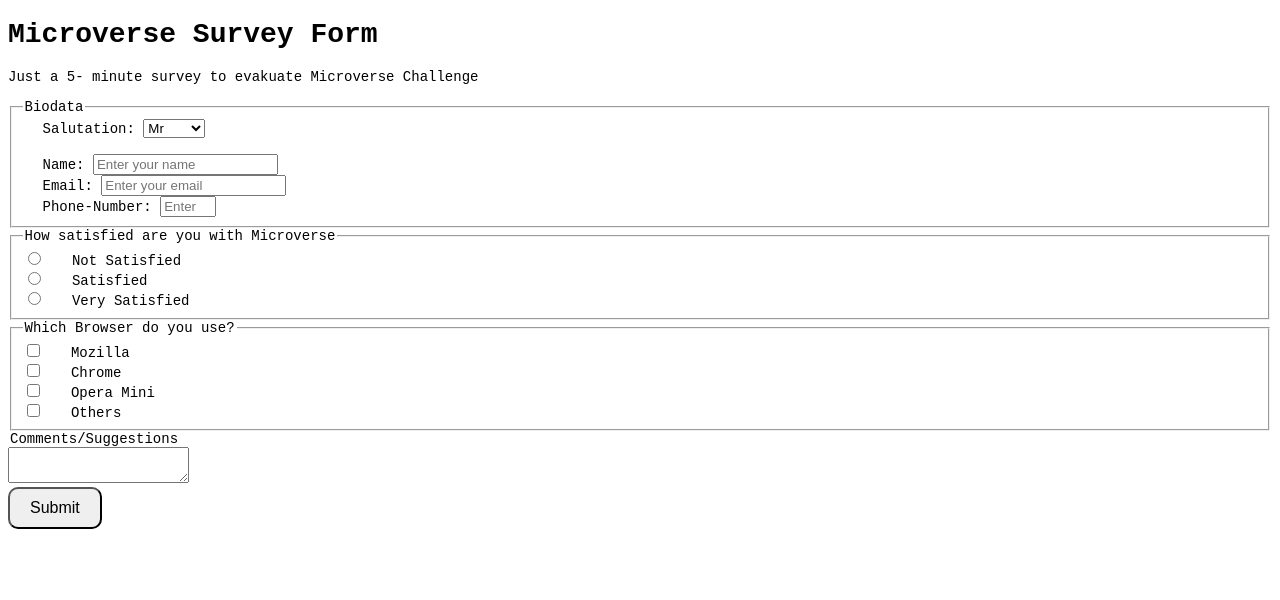
Repository: ahmedmeshref/Microverse-project
Page: index.html
An editor plug-in stored every save of this project. The page is shown before and after the next save, followed by the edit.
The browser window is 1280 px wide. The pictures show the whole page.

Above is the page before, as saved 2019-03-29 15:46:32.

### index.html
<!DOCTYPE html>

<html lang="en">
<head>
 <meta charset="utf-8">
 <meta http-equiv="X-UA-Compatible" content="IE=edge">
 <link rel="stylesheet" href="./css/style.css" >
<title>Survey Form</title>
</head>
<body>
<h1 id="title">Microverse Survey Form</h1>
<p id="description">Just a 5- minute survey to evakuate Microverse Challenge</p>
<form action="submit" id="survey-form">
<fieldset>
    <legend>Biodata</legend>
    <label for="salutation" >Salutation: </label>
    <select id="dropdown">
        <option> Mr</option>
        <option> Mrs</option>
        <option> Miss</option>
        <option>Others</option>
    </select></br><br/>

    <label id="name-label" name="name" for="name">Name: </label>
    <input type="text"  id="name-label" name="name" placeholder="Enter your name" required><br/>

    <label id="email-label" for="email">Email: </label>
    <input type="email"  id="email-label" placeholder="Enter your email" required><br/>

    <label id="phone-label"  for="phone-number">Phone-Number: </label>
    <input type="number" width="20"  id="phone-label" placeholder="Enter your Phone Number" required min="6" max="20">
</fieldset>

<fieldset>
    <legend>How satisfied are you with Microverse</legend>
    <input type="radio"  name ="sat" value="Not Satisfied">
    <label for="ns">Not Satisfied</label><br/>

    <input type="radio" name ="sat" value="Satisfied">
    <label>Satisfied</label><br/>

    <input type="radio" name ="sat" value="Very Satisfied">
    <label>Very Satisfied</label><br/>
</fieldset>

<fieldset>
    <legend>Which Browser do you use?</legend>
    <input type="checkbox">
    <label>Mozilla</label><br/>

    <input type="checkbox">
    <label>Chrome</label><br/>

    <input type="checkbox">
    <label>Opera Mini</label><br/>

    <input type="checkbox">
    <label>Others</label>
</fieldset>
</fieldset>
    <legend id="cands">Comments/Suggestions</legend>
    <textarea name="message" width="15" height="10"></textarea>
</fieldset>
<div id="sub">
    <input type="submit" value="Submit" id="submit" >
</div><br/>
</form>
</body>
</html>

### css/style.css
body {
    /* margin: 0px;*/
    /*text-align: center;*/
    font-family: 'Courier New', Courier, monospace;
    font-size: 14px;
}

placeholder {
    /* padding: 50px;*/
    /* margin: 5px;*/
}

label {
    margin-left: 20px;
}

.dropdown {
    margin-right: 20px;
}

input[type="submit"] {
    padding: 10px 20px;
    border-radius: 10px;
    font-size: 16px;
}

After the next save:
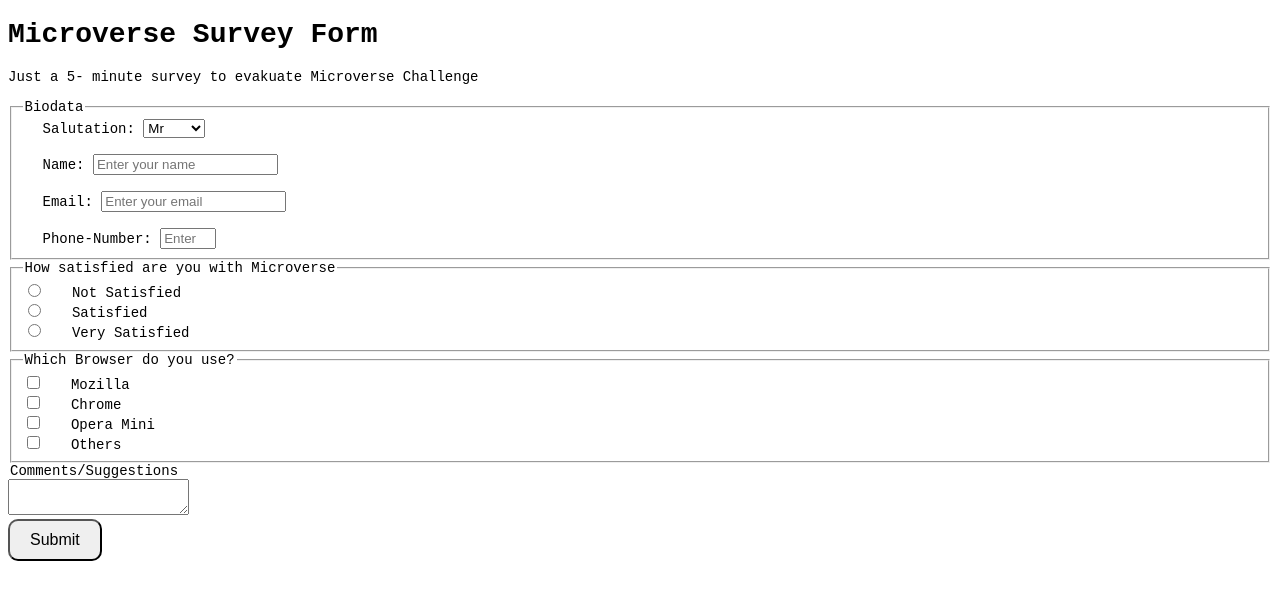
Saved 24 s later.
--- a/index.html
+++ b/index.html
@@ -22,10 +22,10 @@
     </select></br><br/>
 
     <label id="name-label" name="name" for="name">Name: </label>
-    <input type="text"  id="name-label" name="name" placeholder="Enter your name" required><br/>
+    <input type="text"  id="name-label" name="name" placeholder="Enter your name" required><br/><br/>
 
     <label id="email-label" for="email">Email: </label>
-    <input type="email"  id="email-label" placeholder="Enter your email" required><br/>
+    <input type="email"  id="email-label" placeholder="Enter your email" required><br/><br/>
 
     <label id="phone-label"  for="phone-number">Phone-Number: </label>
     <input type="number" width="20"  id="phone-label" placeholder="Enter your Phone Number" required min="6" max="20">
